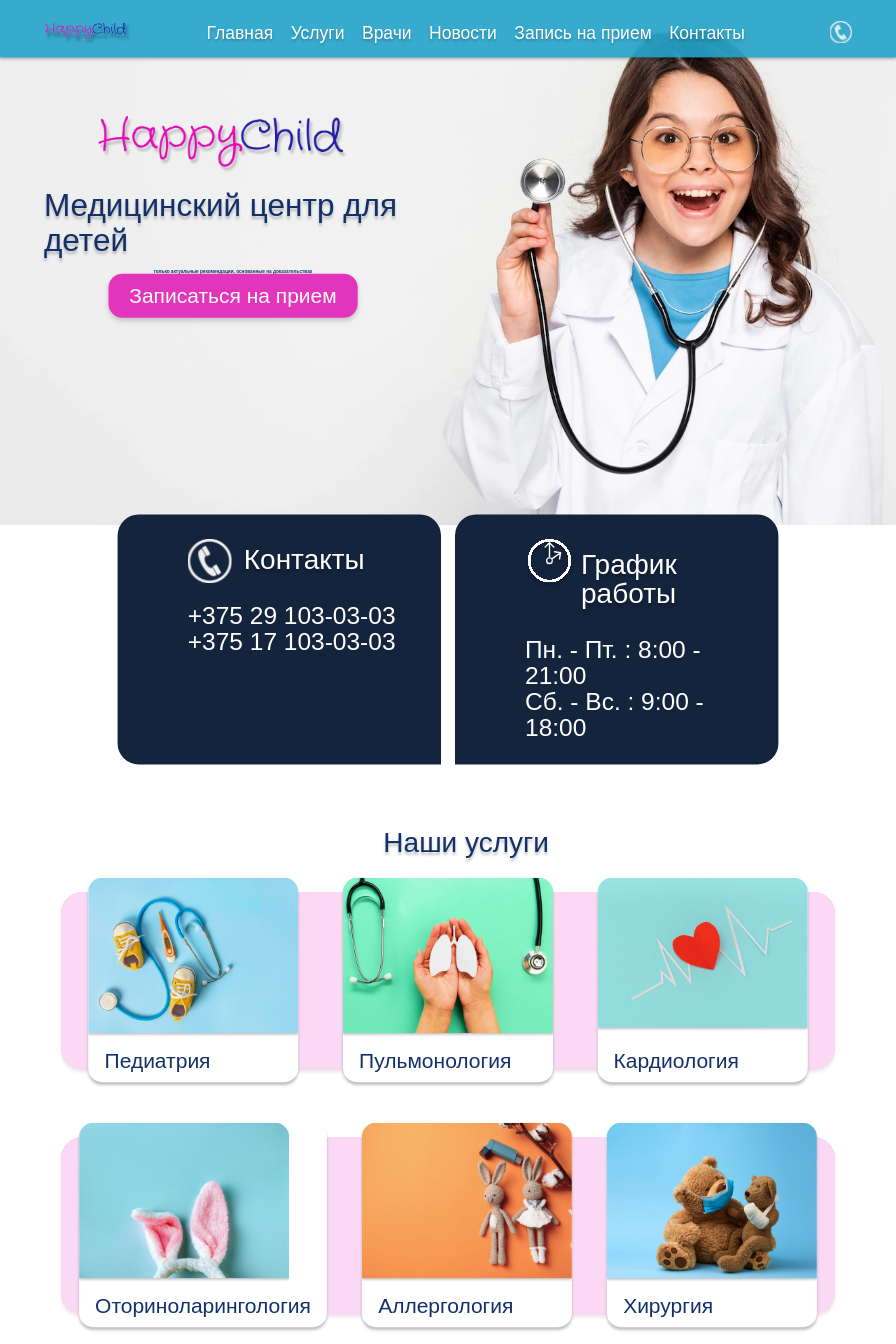
Repository: Normandy72/Landing-Page-Happy-Child
Page: index.html
An editor plug-in stored every save of this project. The page is shown before and after the next save, followed by the edit.
The browser window is 1280 px wide. The pictures show the part of the page from y = 0 to 1920 px (the page is 8231 px tall before and 8486 px after), at 70% of full size.
Some web fonts or font styles are not loaded; a fallback is used.

Above is the page before, as saved 2022-11-12 18:21:53.

### index.html
<!DOCTYPE html>
<html lang="en">
<head>
    <meta charset="UTF-8">
    <meta http-equiv="X-UA-Compatible" content="IE=edge">
    <meta name="viewport" content="width=device-width, initial-scale=1.0">
    <link href="https://fonts.googleapis.com/css2?family=Neucha&display=swap" rel="stylesheet">
    <link href="https://fonts.googleapis.com/css2?family=Coustard:wght@400;900&display=swap" rel="stylesheet">
    <link rel="icon" href="resources/icon/stethoscope.ico" sizes="16x16">
    <link rel="icon" href="resources/icon/stethoscope.ico" sizes="32x32">
    <link rel="icon" href="resources/icon/stethoscope.ico" sizes="64x64">
    <link rel="stylesheet" href="styles/main.css">
    <title>Happy Child</title>
</head>

<body>
    <header>
        <div class="wrapper layout-3-columns">
            <a href="#">
                <div class="header__logo"></div>
            </a>
            <nav class="header__navigation">
                <a class = "navigation__link" href="#">Главная</a>
                <a class = "navigation__link" href="#">Услуги</a>
                <a class = "navigation__link" href="#">Врачи</a>
                <a class = "navigation__link" href="#">Новости</a>
                <a class = "navigation__link" href="#">Запись на прием</a>
                <a class = "navigation__link" href="#">Контакты</a>
            </nav>
            <a href="tel: +375291030303">
                <div class="header__phone"></div>
            </a>
        </div>
    </header>

    <main>
        <section class="section__main">
            <div class="wrapper">
                <div class="main__text">
                    <div class="main__logo"></div>
                    <h1>Медицинский центр для детей</h1>
                    <h6>только актуальные рекомендации, основанные на доказательствах</h6>
                    <button class="button button_accented">Записаться на прием</button>
                </div>
            </div>
        </section>

        <section class="section__information wrapper">
            <div class="information__block block__phone">
                <div class="block__icon"></div>
                <h2>Контакты</h2>
                <h3>+375 29 103-03-03</h3>
                <h3>+375 17 103-03-03</h3>
            </div>
            <div class="information__block block__shedule">
                <div class="block__icon"></div>
                <h2>График работы</h2>
                <h3>Пн. - Пт. :    8:00 - 21:00</h3>
                <h3>Сб. - Вс. :    9:00 - 18:00</h3>
            </div>
        </section>

        <section class="section__services">
            <div class="wrapper">
                <h2 class="heading_dark">Наши услуги</h2>
                <div class="divider"></div>
                <div class="services__cards layout-3-columns">
                    <div class="services__card">
                        <img src="resources/img/services/pediatria.png" alt="pediatria">
                        <h4>Педиатрия</h4>
                    </div>

                    <div class="services__card">
                        <img src="resources/img/services/pulmo.png" alt="pulmo">
                        <h4>Пульмонология</h4>
                    </div>

                    <div class="services__card">
                        <img src="resources/img/services/cardio.png" alt="cardio">
                        <h4>Кардиология</h4>
                    </div>
                </div>

                <div class="services__cards layout-3-columns">
                    <div class="services__card">
                        <img src="resources/img/services/lor.png" alt="lor">
                        <h4>Оториноларингология</h4>
                    </div>

                    <div class="services__card">
                        <img src="resources/img/services/allergo.png" alt="allergo">
                        <h4>Аллергология</h4>
                    </div>

                    <div class="services__card">
                        <img src="resources/img/services/surgery.png" alt="surgery">
                        <h4>Хирургия</h4>
                    </div>
                </div>

                <div class="services__cards layout-3-columns">
                    <div class="services__card">
                        <img src="resources/img/services/neuro.png" alt="neuro">
                        <h4>Неврология</h4>
                    </div>

                    <div class="services__card">
                        <img src="resources/img/services/endocryn.png" alt="endocryn">
                        <h4>Эндокринология</h4>
                    </div>

                    <div class="services__card">
                        <img src="resources/img/services/ophtalm.png" alt="ophtalm">
                        <h4>Офтальмология</h4>
                    </div>
                </div>

                <div class="services__cards layout-3-columns">
                    <div class="services__card">
                        <img src="resources/img/services/vaccination.png" alt="vaccination">
                        <h4>Вакцинация</h4>
                    </div>

                    <div class="services__card">
                        <img src="resources/img/services/usd.png" alt="usd">
                        <h4>УЗ-диагностика</h4>
                    </div>

                    <div class="services__card">
                        <img src="resources/img/services/stayhome.png" alt="stayhome">
                        <h4>Вызов врача на дом</h4>
                    </div>
                </div>
            </div>
        </section>

        <section class="section__addition">
            <div class="wrapper addition__info layout-2-columns">
                <div class="addition__text">
                    <h2>Записаться на прием онлайн</h2>
                    <h5>Записаться на приём можно в любое время суток и без выходных</h5>
                </div>
                <button class="button button_standart">Записаться онлайн</button>
            </div>
        </section>

        <section class="wrapper section__chief layout-2-columns">
            <div class="chief__foto"></div>
            <div class="chief__text">
                <div class="text__lines">
                    <div class="lines__line"></div>
                    <p>“</p>
                    <div class="lines__line"></div>
                </div>
                <h5>Счастливый ребенок – это, прежде всего, ребенок здоровый, и только потом уже читающий
                и играющий на скрипке.</h5>
                <div class="text__lines">
                    <div class="lines__line"></div>
                    <p>”</p>
                    <div class="lines__line"></div>
                </div>
                <div class="chief__signature">
                    <h5>Главный врач клиники</h5>
                    <img class="chief__logo" src="resources/icon/HappyChild_small.svg" alt="logo"></img>
                </div>
                <h5>Самуилова Инна Абрамовна</h5>
            </div>
        </section>

        <section class="wrapper section__doctors">
            <h2 class="heading_dark">Познакомьтесь с нашими специалистами</h2>
            <p>Мы гордимся тем, что являемся медицинским центром, где Ваши дети на первом месте!
                В кратчайшие сроки мы предоставляем медицинскую помощь высочайшего качества и индивидуальное лечение ведущими специалистами страны. </p>
            <div class="doctors__arrays">
                <div></div>
                <div></div>
            </div>
            <div class="doctors__cards">
                <div class="doctors__card">
                    <img src="resources/img/doctors/ivanov1.png" alt="ivanov1">
                    <h5>Иванов Илья Денисович</h5>
                    <h6>Врач-оториноларинголог</h6>
                </div>

                <div class="doctors__card">
                    <img src="resources/img/doctors/stanina1.png" alt="stanina1">
                    <h5>Станина Александра Ивановна</h5>
                    <h6>Врач-офтальмолог</h6>
                </div>

                <div class="doctors__card">
                    <img src="resources/img/doctors/tkachenko1.png" alt="tkachenko1">
                    <h5>Ткаченко Антонина Львовна</h5>
                    <h6>Врач-невролог</h6>
                </div>

                <div class="doctors__card">
                    <img src="resources/img/doctors/savenko1.png" alt="savenko1">
                    <h5>Савенко Алина Викторовна</h5>
                    <h6>Врач-педиатр</h6>
                </div>

                <div class="doctors__card">
                    <img src="resources/img/doctors/krotov1.png" alt="krotov1">
                    <h5>Кротов Алексей Геннадьевич</h5>
                    <h6>Врач-хирург</h6>
                </div>

                <div class="doctors__card">
                    <img src="resources/img/doctors/karpovich1.png" alt="karpovich1">
                    <h5>Карпович Анна Игоревна</h5>
                    <h6>Врач-кардиолог</h6>
                </div>

                <div class="doctors__card">
                    <img src="resources/img/doctors/akulich1.png" alt="akulich1">
                    <h5>Акулич Олег Васильевич</h5>
                    <h6>Врач-эндокринолог</h6>
                </div>

                <div class="doctors__card">
                    <img src="resources/img/doctors/astapenko1.png" alt="astapenko1">
                    <h5>Астапенко Ирина Эдуардовна</h5>
                    <h6>Врач УЗ-диагностики</h6>
                </div>
            </div>
        </section>

        <section>
            <div class="section__lines">
                <div></div>
                <div></div>
                <div></div>
            </div>
            <div class="wrapper section__news">
                <h2 class="heading_dark">Новости</h2>
                <div class="news_card">
                    <img src="resources/img/news/news1.png" alt="news1">
                    <h4>25. 07. 2022   15 : 00</h4>
                    <h3>Всемирный день здоровья полости рта</h3>
                    <h5>Взрослея, организм ребенка испытывает множество изменений. В честь Всемирного дня здоровья полости рта наши стоматологи расскажут родителям и детям, как заботиться о зубах и деснах в разных возрастных периодах, какие средства использовать, чтобы смена молочных зубов прошла легко и безболезненно, и еще много-много полезного!</h5>
                    <a href="#">Подробнее...</a>
                </div>

                <div class="news_card">
                    <img src="resources/img/news/news2.png" alt="news1">
                    <h4>27. 07. 2022   13 : 30</h4>
                    <h3>Европейская неделя иммунизации</h3>
                    <h5>Знаете ли Вы, что иммунизация является единственным и надежным способом борьбы с эпидемиологическими заболеваниями, такими как корь, полиомиелит, эпидемический паротит и др.? В рамках Европейской недели иммунизации врач-педиатр Савенко Алина Викторовна познакомит Вас с текущим календарем профилактических прививок и ответит на все волнующие Вас вопросы! </h5>
                    <a href="#">Подробнее...</a>
                </div>

                <div class="news_card">
                    <img src="resources/img/news/news3.png" alt="news1">
                    <h4>28. 07. 2022    16 : 00</h4>
                    <h3>Международный день офтальмологии</h3>
                    <h5>Ухудшение зрения может лишить человека возможности заниматься любимым делом. Хорошо, что современная офтальмология обладает широкими возможностями для лечения многих заболеваний глаз.  Приходите к нам в Международный день офтальмологии и узнайте, что рекомендуют специалисты для профилактии заболеваний глаз.</h5>
                    <a href="#">Подробнее...</a>
                </div>
            </div>
        </section>

        <section class="section__addition">
            <div class="wrapper addition__info layout-2-columns">
                <div class="addition__text">
                    <h2>Подписаться на рассылку</h2>
                    <h5>Будьте в курсе новостей !</h5>
                </div>
                <form class="addition__form">
                    <input class = "addition__input" type="text" value="Email">
                    <button class="button button_standart">Подписаться</button>
                </form>
            </div>
        </section>

        <section class="wrapper section__callback">
            <div class="callback__form">
                <h2 class="heading_dark">Остались вопросы?</h2>
                <h5>Оставьте заявку, мы Вам перезвоним!</h5>
                <form action="">
                    <input class="callback__input" type="text" value="Ваше имя">
			        <input class="callback__input" type="tel" placeholder="Номер телефона" pattern="+375(29,17,33,44)[0-9]{3}-[0-9]{2}-[0-9]{2}" required>
			        <select class="callback__input" name="menu" size="1">
				        <option>Желаемая услуга</option>
				        <option value="ped">Педиатрия</option>
				        <option value="pulmo">Пульмонология</option>
				        <option value="cardio">Кардиология</option>
				        <option value="lor">Оториноларингология</option>
				        <option value="allergo">Аллергология</option>
				        <option value="surg">Хирургия</option>
				        <option value="neuro">Неврология</option>
				        <option value="endocryn">Эндокринология</option>
				        <option value="ophtalm">Офтальмология</option>
				        <option value="vaccin">Вакцинация</option>
				        <option value="usd">УЗ-диагностика</option>
				        <option value="stayhome">Вызов врача на дом</option>
			        </select>
			        <input class="callback__input" type="date" value="2022-01-01" min="2022-01-01" max="2022-12-31">
                    <label class="callback__checkbox">
                        <input type="checkbox">
                        Я даю согласие на хранение и обработку персональных данных
                    </label>
			        <button class="button button_standart">Оставить заявку</button>
                </form>
            </div>
            <div class="callback__photo"></div>
        </section>

        <section class="wrapper section__contacts">
            <h2 class="heading_dark">Ждем Вас в нашем центре !</h2>
            <div class="contacts__info">
                <h3>Контакты</h3>
                <h5>Мы находимся по адресу:</h5>
                <h4>г. Минск, ул. Матусевича, 70</h4>
                <h5>Связаться:</h5>
                <a href="tel: +375291030303">+375 29 103-03-03</a>
                <a href="tel: +375171030303">+375 17 103-03-03</a>
                <h5>Мы в соц. сетях:</h5>
                <div class="contacts__social">
                    <a href="#"></a>
                </div>
                <div class="contacts__social">
                    <a href="#"></a>
                </div>
                <div class="contacts__social">
                    <a href="#"></a>
                </div>
            </div>
            <div class="contacts__map">
                <iframe src="https://www.google.com/maps/embed?pb=!1m18!1m12!1m3!1d2349.7572817965843!2d27.4501670158107!3d53.91828888010291!2m3!1f0!2f0!3f0!3m2!1i1024!2i768!4f13.1!3m3!1m2!1s0x46dbc52f35b245d3%3A0x98f1d72de22c93c4!2z0YPQu9C40YbQsCDQnNCw0YLRg9GB0LXQstC40YfQsCA3MCwg0JzQuNC90YHQug!5e0!3m2!1sru!2sby!4v1659879735812!5m2!1sru!2sby" width="50%" height="562px" style="border:0;" allowfullscreen="" loading="lazy" referrerpolicy="no-referrer-when-downgrade"></iframe>
            </div>
        </section>
    </main>

    <footer>
        <div class="wrapper">
            <h5>ООО “HappyChild” © 2022</h5>
            <a href="#">Политика конфиденциальности</a>
        </div>
    </footer>
</body>
</html>

### styles/main.css
@import url(base.css);
@import url(buttons.css);
@import url(footer.css);
@import url(form.css);
@import url(header.css);
@import url(headings.css);
@import url(layouts.css);
@import url(links.css);
@import url(section_addition.css);
@import url(section_chief.css);
@import url(section_information.css);
@import url(section_main.css);
@import url(section_services.css);
@import url(variables.css);

### styles/base.css
*{
    margin: 0;
    padding: 0;
    box-sizing: border-box;
}

html{
    scroll-behavior: smooth;
}

body{
    font-family: var(--main-font);
    font-size: 10px;
    color: var(--text-dark-color);
}

.wrapper{
    max-width: 1180px;
    min-width: 480px;
    padding: 0 1%;
    margin: auto;
}

.divider{
    width: 100%;
}

### styles/buttons.css
.button{
    border-radius: 20px;
    border: none;
    filter: drop-shadow(0px 4px 4px rgba(0, 0, 0, 0.25));
    padding: 15px 30px;
    opacity: 0.8;

    font-family: var(--main-font);
    font-style: normal;
    font-weight: 400;
    font-size: var(--buttons-font-size);
    line-height: 33px;
    display: flex;
    align-items: center;
    text-align: center;
    color: var(--buttons-text-color);
}

.button_accented{
    background-color: var(--accented-button-color);
}

.button_standart{
    background-color: var(--standart-button-color);
}

.button:hover{
    cursor: pointer;
    opacity: 1;
}

### styles/header.css
header{
    width: 100%;
    background-color: var(--header-color);
    box-shadow: var(--shadow);
    position: fixed;
    top: 0;
    z-index: 2;
}

header .wrapper{
    padding-top: 30px;
    padding-bottom: 20px;
}

.header__logo{
    background-image: url(../resources/icon/HappyChild_small.svg);
    background-repeat: no-repeat;
    width: 136px;
    height: 31px;
}

.header__logo:hover{
    transform: scale(1.2);
    transition-duration: 0.5s;
}

.header__navigation{
    display: flex;
    align-items: center;
    justify-content: space-between;
}

.navigation__link{
    padding-right: 25px;
}

.header__phone{
    background-image: url(../resources/icon/phone.svg);
    background-repeat: no-repeat;
    width: 32px;
    height: 32px;
}

.header__phone:hover{
    transform: scale(1.2);
    transition-duration: 0.5s;
}

### styles/headings.css
h1{
    font-size: var(--h1-font-size);
    font-style: normal;
    font-weight: 400;
    line-height: 50px;
}

h2{
    font-size: var(--h2-font-size);
    font-style: normal;
    font-weight: 400;
    line-height: 42px;
    text-shadow: var(--shadow);
}

h3{
    font-size: var(--h3-font-size);
    font-style: normal;
    font-weight: 400;
    line-height: 37px;
}

h4{
    font-size: var(--h4-font-size);
    font-style: normal;
    font-weight: 400;
    line-height: 32px;
}

h5{
    font-size: var(--h5-font-size);
    font-style: normal;
    font-weight: 400;
    line-height: 22px;
}

h6{

}

### styles/layouts.css
.layout-3-columns{
    display: flex;
    align-items: center;
    justify-content: space-between;
    flex-wrap: wrap;
    flex-basis: 33%;
}

.layout-2-columns{
    display: flex;
    align-items: center;
    justify-content: space-between;
    flex-wrap: wrap;
    flex-basis: 45%;
}

### styles/links.css
a{
    text-decoration: none;
    color: var(--links-color);
    text-shadow: var(--shadow);
    font-size: var(--links-font-size);
}

a:hover{
    cursor: pointer;
    color: var(--links-hover-color);
    transition: var(--transition);
}

### styles/section_addition.css
.section__addition{
    color: var(--text-ligth-color);
    background-color: var(--added-blocks-color);
}

.addition__info{
    padding: 36px 10px;
}

### styles/section_information.css
.section__information{
    margin-top: -15px;
    display: flex;
    justify-content: center;
    color: var(--text-ligth-color);
    margin-bottom: 150px;
}

.information__block{
    width: 40%;
    background-color: var(--added-blocks-color);
    padding: 35px 60px 35px 100px;
}

.information__block h2{
    margin: -55px 0 40px 80px;
}

.block__phone{
    border-radius: 30px 30px 0 30px;
    margin-right: 10px;
}

.block__shedule{
    border-radius: 30px 30px 30px 0;
    margin-left: 10px;
}

.block__icon{
    background-size: contain;
    background-repeat: no-repeat;
}

.block__phone .block__icon{
    width: 63px;
    height: 63px;
    background-image: url(../resources/icon/phone.svg);
}

.block__shedule .block__icon{
    width: 70px;
    height: 70px;
    background-image: url(../resources/icon/watch.svg);
}

### styles/section_main.css
.section__main{
    width: 100%;
    height: 750px;
    background-image: url(../resources/img/girl.jpg);
    background-size: cover;
    background-repeat: no-repeat;
}

.main__text{
    padding-top: 165px;
    width: 540px;
    display: flex;
    flex-direction: column;
    align-items: center;
}

.main__logo{
    background-image: url(../resources/icon/HappyChild_big.png);
    background-repeat: no-repeat;
    width: 388px;
    height: 99px;
    margin-bottom: 5px;
}

.main__text h1{
    padding-bottom: 15px;
    text-shadow: var(--shadow);
}

.main__text h5{
    padding-bottom: 65px;
    text-shadow: var(--shadow);
}

### styles/section_services.css
.section__services .layout-3-columns{
    justify-content: space-evenly;
}

.section__services h2{
    display: block;
    margin: -60px 0 40px 42%;
}

.services__cards{
    background-image: url(../resources/img/line.svg);
    background-position: center;
    background-repeat: no-repeat;
    margin-bottom: 68px;
}

.services__card{
    background-color: var(--cards-color);
    border-radius: 20px;
    box-shadow: var(--shadow);
    margin-top: -10px;
}

.services__card img{
    border-radius: 20px 20px 0 0;
}

.services__card h4{
    padding: 15px 23px;
}

.services__card:hover{
    transform: scale(1.1);
    transition-duration: 0.5s;
    cursor: pointer;
}

### styles/variables.css
:root{
    /* fonts */
    --main-font: 'Neucha', Arial, cursive;
    --second-font:'Coustard', Arial;

    /* font sizes */
    --h1-font-size: 45px;
    --h2-font-size: 40px;
    --h3-font-size: 35px;
    --h4-font-size: 30px;
    --h5-font-size: 25px;
    --h6-font-size: 20px;
    --links-font-size: 25px;
    --buttons-font-size: 30px;

    /* colors */
    --header-color: rgba(35, 164, 201, 0.9);
    --links-color:  #FFFFFF;
    --links-hover-color: #12306A;
    --text-dark-color:#12306A;
    --text-ligth-color:#FFFFFF;
    --buttons-text-color: #FFFFFF;
    --accented-button-color: hsl(313, 94%, 45%);
    --standart-button-color:rgba(35, 164, 201);
    --added-blocks-color: #14243D;
    --cards-color: white;

    /* transition */
    --transition: all .3s ease-out;

    /* Other */
    --shadow: 0px 4px 4px rgba(0, 0, 0, 0.25);
}

Loaded but not shown: styles/section_chief.css (60 lines, source omitted); styles/footer.css (no copy from this time; the picture is the same without it); styles/form.css (no copy from this time; the picture is the same without it)

After the next save:
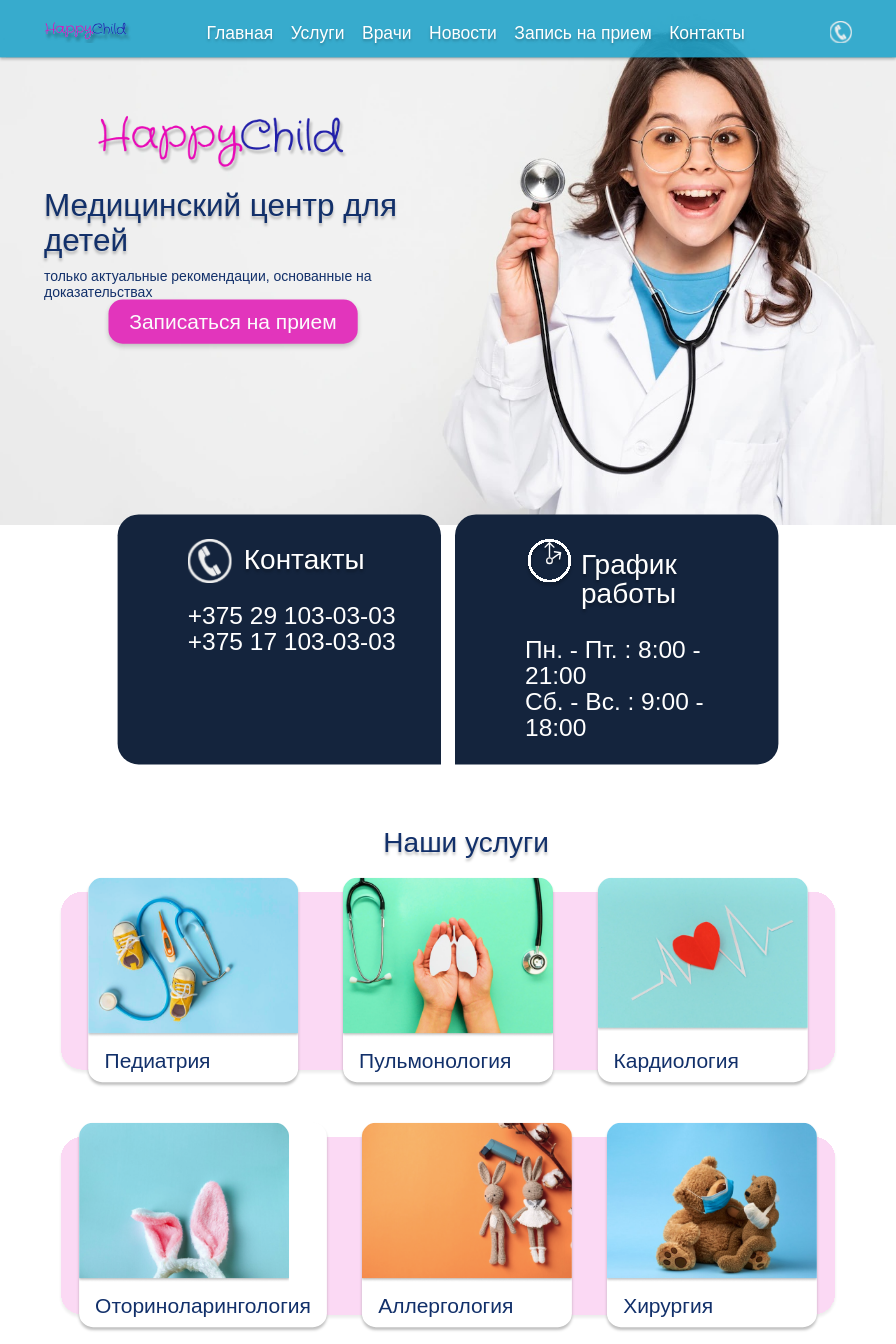
Saved 41 s later.
--- a/styles/headings.css
+++ b/styles/headings.css
@@ -31,9 +31,12 @@ h5{
     font-size: var(--h5-font-size);
     font-style: normal;
     font-weight: 400;
-    line-height: 22px;
+    line-height: 27px;
 }
 
 h6{
-
+    font-size: var(--h6-font-size);
+    font-style: normal;
+    font-weight: 400;
+    line-height: 22px;
 }
